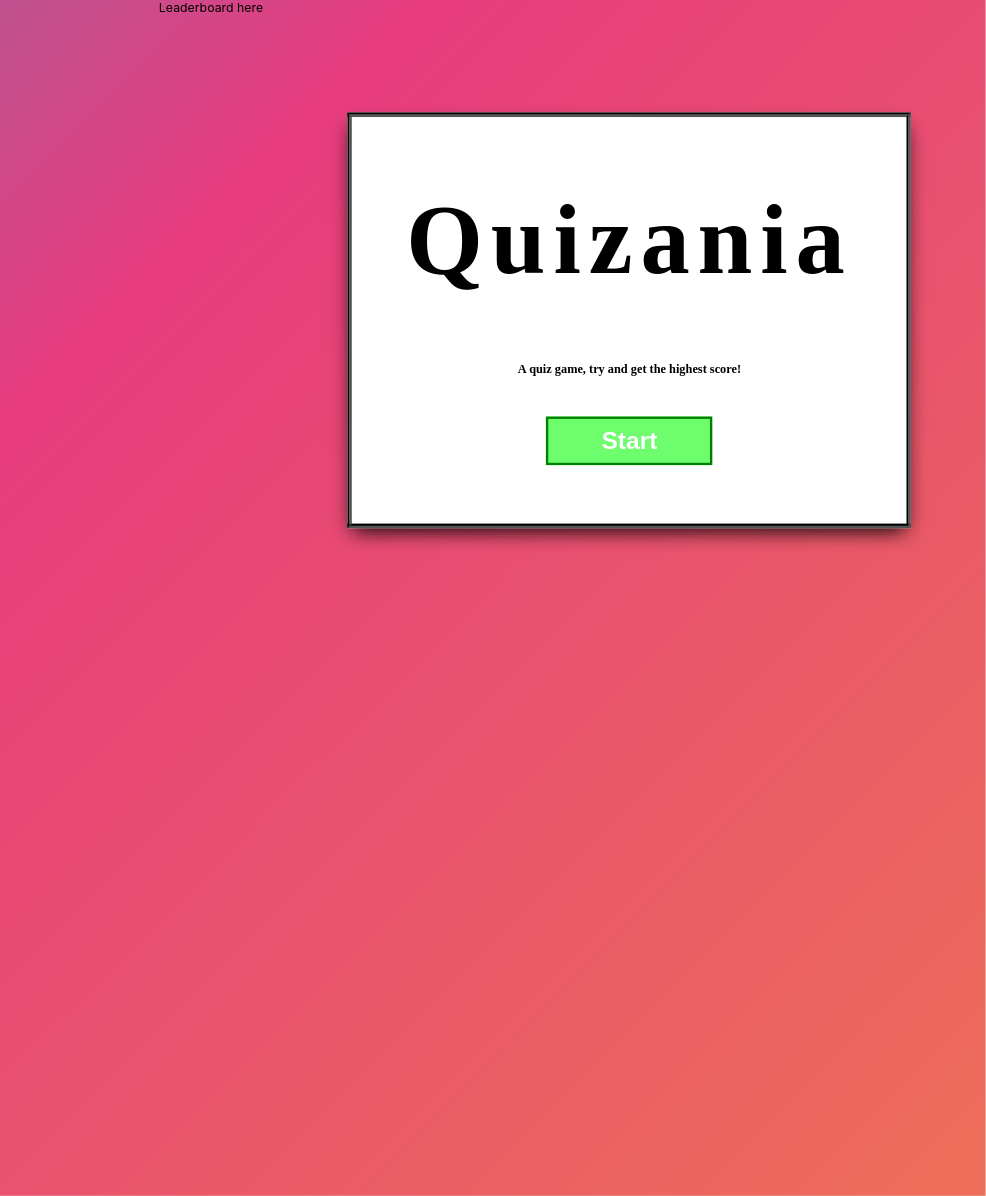
Repository: PatrickTheCodeGuy/QuizApp
Page: /newGame (app in quizapp/)
An editor plug-in stored every save of this project. The page is shown before and after the next save, followed by the edit.
The browser window is 1280 px wide. The pictures show the whole page, at 77% of full size.
The project was rebuilt for these pictures with package versions that can differ from the ones it lists, and the page was loaded fresh each time.

Above is the page before, as saved 2021-07-08 13:31:46.

### quizapp/src/index.css
body {
  margin: 0;
  font-family: -apple-system, BlinkMacSystemFont, 'Segoe UI', 'Roboto', 'Oxygen',
    'Ubuntu', 'Cantarell', 'Fira Sans', 'Droid Sans', 'Helvetica Neue',
    sans-serif;
  -webkit-font-smoothing: antialiased;
  -moz-osx-font-smoothing: grayscale;
  background: linear-gradient(-45deg, #ee7752, #e73c7e, #23a6d5, #23d5ab);
    background-size: 400% 400%;
    animation: gradient 15s ease infinite;
}

code {
  font-family: source-code-pro, Menlo, Monaco, Consolas, 'Courier New',
    monospace;
}
html, body, #app, #app>div {
  width: 100%;
  height:100%;
}

#root{
  display:flex;
}


@keyframes gradient {
    0% {
        background-position: 0% 50%;
    }
    50% {
        background-position: 100% 50%;
    }
    100% {
        background-position: 0% 50%;
    }
}

### quizapp/src/App.js
import logo from './logo.svg';
import './App.css';
import Leaderboard from './components/Leaderboard/Leaderboard';
import StartMenu from './components/StartMenu/StartMenu';


function App() {
  return (
    <div className="startMenu-container App">
          <div class="leaderboard-container">
            <Leaderboard/>
          </div>
          <div class="game-container">
            <StartMenu/>
          </div>
    </div>
  );
}

export default App;

### quizapp/src/App.css
.App {
  display:flex
}

.App-logo {
  height: 40vmin;
  pointer-events: none;
}

@media (prefers-reduced-motion: no-preference) {
  .App-logo {
    animation: App-logo-spin infinite 20s linear;
  }
}

.App-header {
  background-color: #282c34;
  min-height: 100vh;
  display: flex;
  flex-direction: column;
  align-items: center;
  justify-content: center;
  font-size: calc(10px + 2vmin);
  color: white;
}

.App-link {
  color: #61dafb;
}

@keyframes App-logo-spin {
  from {
    transform: rotate(0deg);
  }
  to {
    transform: rotate(360deg);
  }
}


.startMenu-container{
  display: flex;
  margin: 0 auto;
}

.leaderboard-container {
    width: 30%;

}

### quizapp/src/components/Leaderboard/Leaderboard.js
import React from 'react';

class Leaderboard extends React.Component {
    constructor(props){
        super(props)
        // TODO
        //state for people and scores here
    }

    render(){
        return (
            <div>Leaderboard here</div>
        )
    }
}

export default Leaderboard;

### quizapp/src/components/StartMenu/StartMenu.js
import React from 'react';
import './StartMenu.css';

class StartMenu extends React.Component {
    constructor(props){
        super(props);
        // TODO
        // determine if need logic here, may just need to be a functional component.
    }

    render(){
        return (
            <div class="menu-container">
                <h1 class="menu-text">Quizania</h1>
                <p class="regular-text">A quiz game, try and get the highest score!</p>
                <button class="button-start">Start</button>
            </div>
        )
    }
}

export default StartMenu;

### quizapp/src/components/StartMenu/StartMenu.css
.menu-text{
    font-family: 'Zen Tokyo Zoo', cursive;
    font-size: 8em;
    letter-spacing: 0.08em;
}

.regular-text{
    font-family:fantasy;
    font-weight:900;
}

.button-start{
    width: 30%;
    height: 12%;
    background: rgba(59, 252, 59, 0.743);
    margin-top: 5%;
    color: white;
    border: 3px solid green;
    font-size: xx-large;
    font-weight: 600;
    transition: background-color 0.5s ease-in-out;
}

.button-start:hover{
    background: white;
    color: black;
    transition: background-color 0.5s ease-in-out;
}

.menu-container{
    border: 6px groove black;
    text-align: center;
    background-color: white;
    box-shadow: 0px 12px 25px -8px #000000;
    width: 45em;
    height: 33em;
    margin: 20% 15%;
}

Loaded but not shown: quizapp/src/index.js (common file); quizapp/src/reportWebVitals.js (common file)

After the next save:
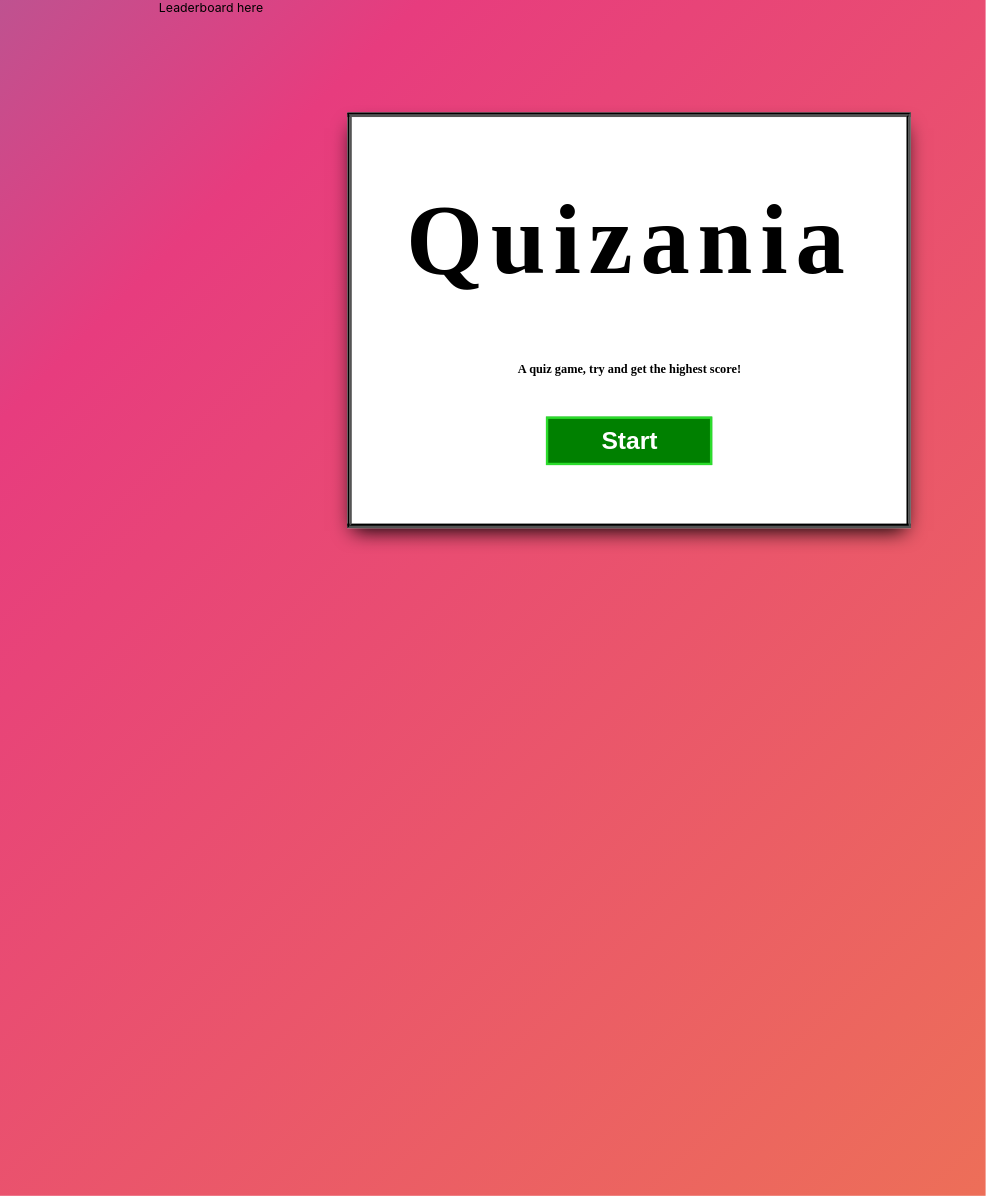
Saved 20 s later.
--- a/quizapp/src/components/StartMenu/StartMenu.css
+++ b/quizapp/src/components/StartMenu/StartMenu.css
@@ -12,10 +12,10 @@
 .button-start{
     width: 30%;
     height: 12%;
-    background: rgba(59, 252, 59, 0.743);
+    background: green;
     margin-top: 5%;
     color: white;
-    border: 3px solid green;
+    border: 3px solid rgba(59, 252, 59, 0.743);
     font-size: xx-large;
     font-weight: 600;
     transition: background-color 0.5s ease-in-out;
